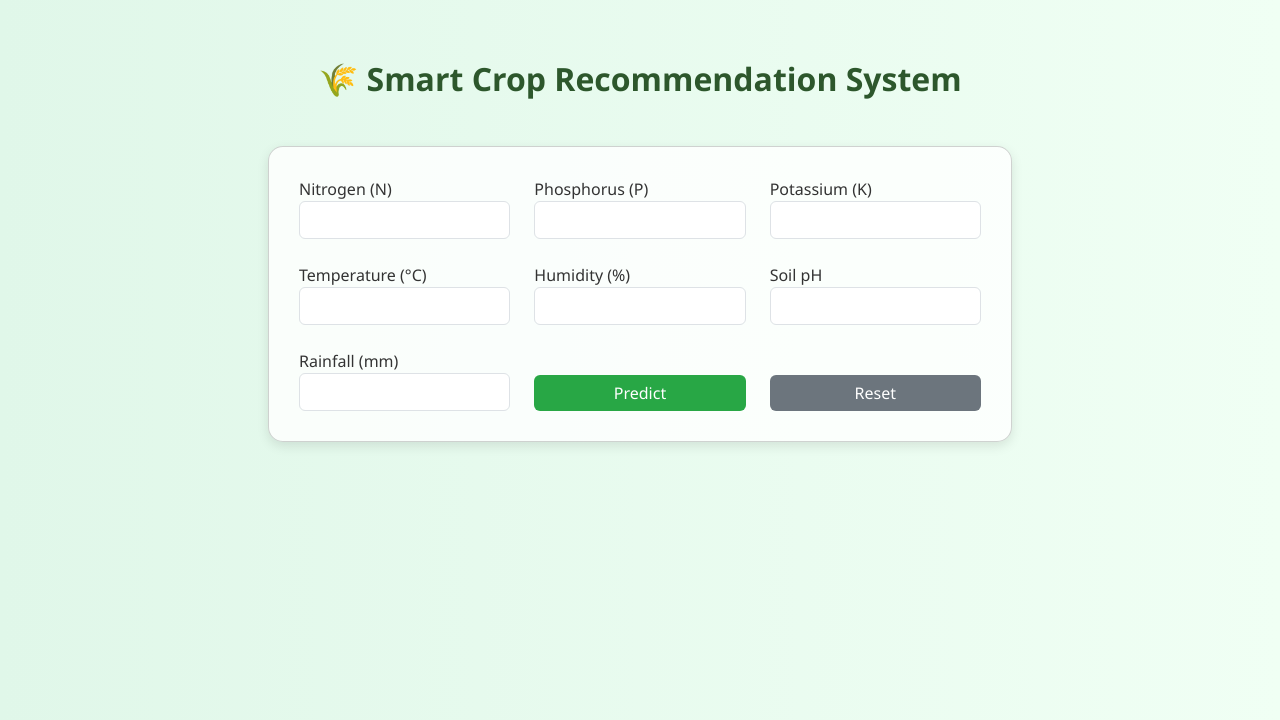
Repository: imdhanush13/Smart-Crop-recom
Page: http://localhost/
An editor plug-in stored every save of this project. The page is shown before and after the next save, followed by the edit.
The browser window is 1280 px wide. The pictures show the whole page.
The page is served by the project's application, run on Flask 3 (app.py).

Above is the page before, as saved 2025-06-15 20:50:24.

After the next save:
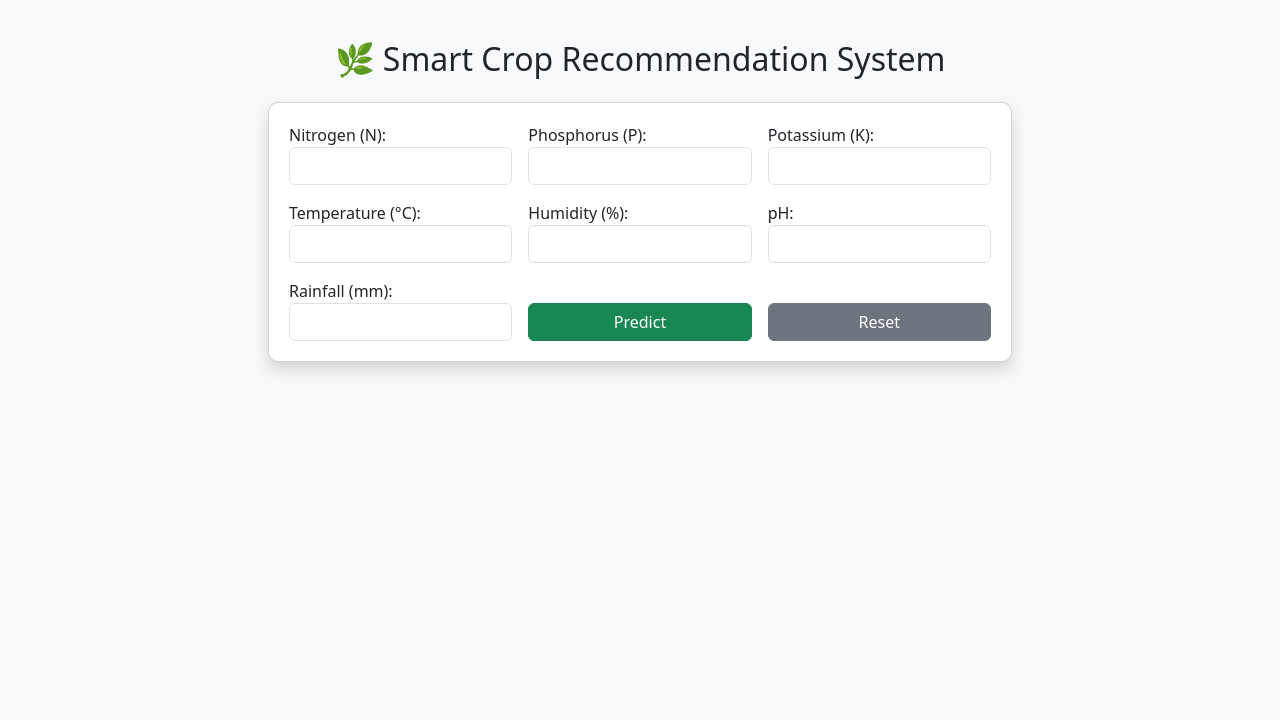
Saved 67 min 3 s later.
--- a/templates/index.html
+++ b/templates/index.html
@@ -2,82 +2,57 @@
 <html lang="en">
 <head>
     <meta charset="UTF-8">
-    <title>🌿 Smart Crop Recommendation</title>
+    <title>Crop Recommendation System</title>
     <link href="https://cdn.jsdelivr.net/npm/bootstrap@5.3.3/dist/css/bootstrap.min.css" rel="stylesheet">
     <style>
         body {
-            background: linear-gradient(to right, #e0f7e9, #f0fff4);
-            font-family: 'Segoe UI', sans-serif;
+            background-color: #f8f9fa;
         }
         .container {
-            margin-top: 60px;
+            margin-top: 40px;
         }
         .card {
-            background-color: #ffffffcc;
-            padding: 30px;
-            border-radius: 15px;
-            box-shadow: 0 4px 12px rgba(0,0,0,0.1);
-        }
-        h2 {
-            font-weight: bold;
-            color: #2d572c;
-        }
-        label {
-            font-weight: 500;
-            color: #333;
-        }
-        .btn-success {
-            background-color: #28a745;
-            border: none;
-        }
-        .btn-secondary {
-            background-color: #6c757d;
-            border: none;
-        }
-        .alert-info {
-            background-color: #e2f4ea;
-            color: #14532d;
-            font-weight: bold;
-            border: 1px solid #c8e6c9;
+            padding: 20px;
+            border-radius: 10px;
         }
     </style>
 </head>
 <body>
     <div class="container">
-        <h2 class="text-center mb-5">🌾 Smart Crop Recommendation System</h2>
-        <div class="card col-lg-8 mx-auto">
+        <h2 class="text-center mb-4">🌿 Smart Crop Recommendation System</h2>
+        <div class="card shadow col-lg-8 mx-auto">
             <form method="POST" action="/">
-                <div class="row g-4">
+                <div class="row g-3">
                     <div class="col-md-4">
-                        <label for="N">Nitrogen (N)</label>
-                        <input type="number" id="N" name="N" class="form-control" required>
+                        <label>Nitrogen (N):</label>
+                        <input type="number" name="N" class="form-control" required>
                     </div>
                     <div class="col-md-4">
-                        <label for="P">Phosphorus (P)</label>
-                        <input type="number" id="P" name="P" class="form-control" required>
+                        <label>Phosphorus (P):</label>
+                        <input type="number" name="P" class="form-control" required>
                     </div>
                     <div class="col-md-4">
-                        <label for="K">Potassium (K)</label>
-                        <input type="number" id="K" name="K" class="form-control" required>
+                        <label>Potassium (K):</label>
+                        <input type="number" name="K" class="form-control" required>
                     </div>
                     <div class="col-md-4">
-                        <label for="temperature">Temperature (°C)</label>
-                        <input type="number" step="any" id="temperature" name="temperature" class="form-control" required>
+                        <label>Temperature (°C):</label>
+                        <input type="number" step="any" name="temperature" class="form-control" required>
                     </div>
                     <div class="col-md-4">
-                        <label for="humidity">Humidity (%)</label>
-                        <input type="number" step="any" id="humidity" name="humidity" class="form-control" required>
+                        <label>Humidity (%):</label>
+                        <input type="number" step="any" name="humidity" class="form-control" required>
                     </div>
                     <div class="col-md-4">
-                        <label for="ph">Soil pH</label>
-                        <input type="number" step="any" id="ph" name="ph" class="form-control" required>
+                        <label>pH:</label>
+                        <input type="number" step="any" name="ph" class="form-control" required>
                     </div>
                     <div class="col-md-4">
-                        <label for="rainfall">Rainfall (mm)</label>
-                        <input type="number" step="any" id="rainfall" name="rainfall" class="form-control" required>
+                        <label>Rainfall (mm):</label>
+                        <input type="number" step="any" name="rainfall" class="form-control" required>
                     </div>
                     <div class="col-md-4 d-flex align-items-end">
-                        <button type="submit" class="btn btn-success w-100">Predict</button>
+                        <input type="submit" value="Predict" class="btn btn-success w-100">
                     </div>
                     <div class="col-md-4 d-flex align-items-end">
                         <a href="/" class="btn btn-secondary w-100">Reset</a>
